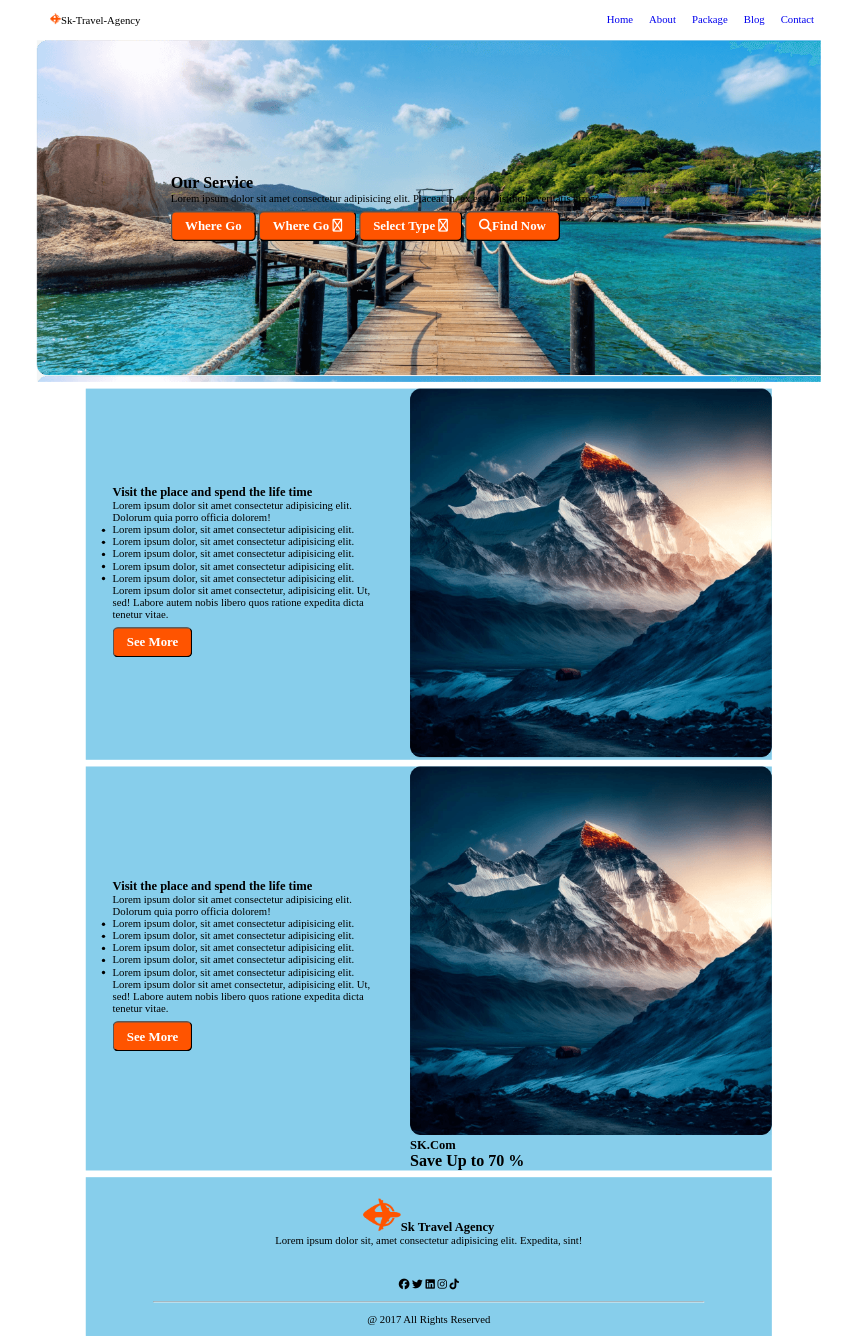
Repository: sumonkumarsarkar/Sk-Travel-Agency-
Page: index.html
These files come from the project's save history. The page is drawn as it stood at one moment and after the next save; the edit follows.
The browser window is 1280 px wide. The pictures show the whole page, at 67% of full size.

Above is the page before, as saved 2024-01-17 05:53:22.

After the next save:
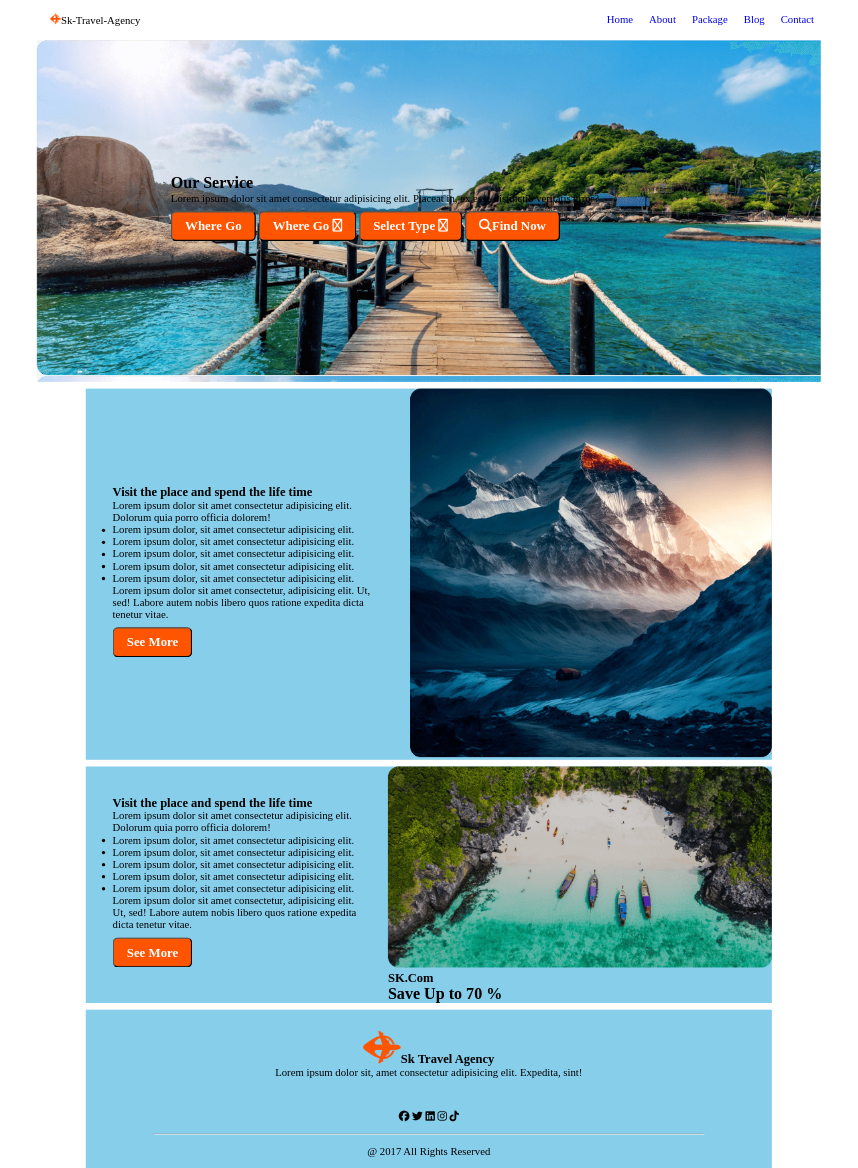
Saved 12 s later.
--- a/index.html
+++ b/index.html
@@ -88,7 +88,7 @@
          <button type="button">See More</button>
         </div>
         <div class="container-img-item">
-            <img src="./Images/Rectangle 4.png" alt="">
+            <img src="./Images/Rectangle 8.png" alt="">
             <h3>SK.Com</h3>
             <h2>Save Up to 70 %</h2>
         </div>
